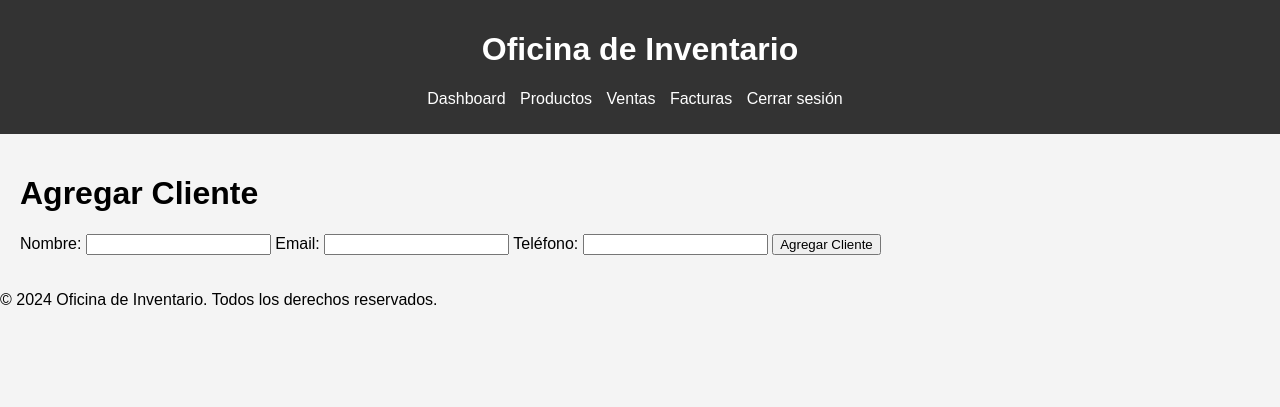
Repository: Connie75/Inventario
Page: http://localhost/views/add_client.php
These files come from the project's save history. The page is drawn as it stood at one moment and after the next save; the edit follows.
The browser window is 1280 px wide. The pictures show the whole page.
The page is run by PHP 8.4 with error messages shown; the project is at /var/www/html/.

Above is the page before, as saved 2024-07-31 20:36:27.

After the next save:
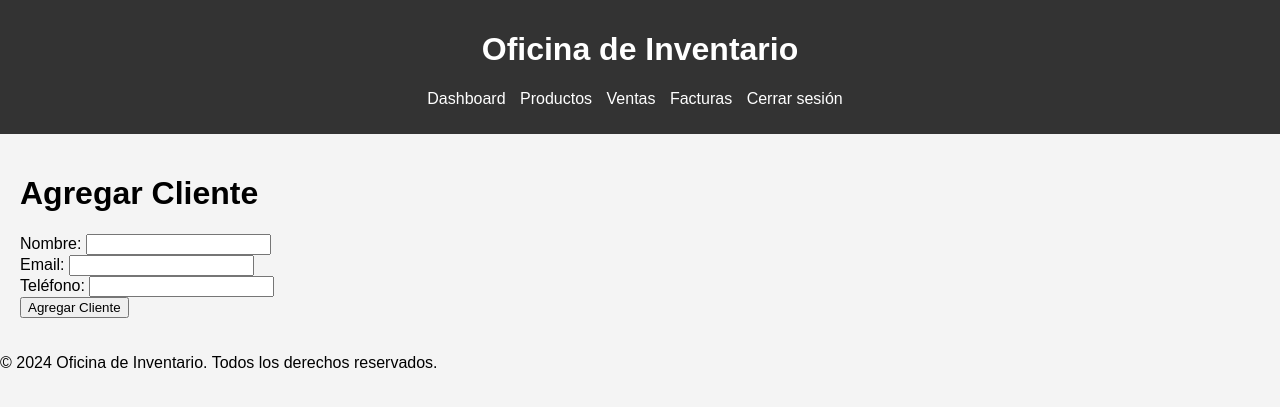
Saved 32 s later.
--- a/views/add_client.php
+++ b/views/add_client.php
@@ -1,9 +1,8 @@
 <?php
 session_start();
 include("../includes/header.php");
-include("../includes/db.php");
+?>
 
-?>
 <!DOCTYPE html>
 <html lang="es">
 <head>
@@ -14,14 +13,14 @@ include("../includes/db.php");
 </head>
 <body>
     <h1>Agregar Cliente</h1>
-    <form method="POST" action="../actions/add_client.php">
+    <form action="../actions/add_client.php" method="post">
         <label for="nombre">Nombre:</label>
-        <input type="text" name="nombre" id="nombre" required>
+        <input type="text" id="nombre" name="nombre" required><br>
         <label for="email">Email:</label>
-        <input type="email" name="email" id="email" required>
+        <input type="email" id="email" name="email" required><br>
         <label for="telefono">Teléfono:</label>
-        <input type="text" name="telefono" id="telefono" required>
-        <button type="submit">Agregar Cliente</button>
+        <input type="text" id="telefono" name="telefono" required><br>
+        <input type="submit" value="Agregar Cliente">
     </form>
 </body>
 </html>
